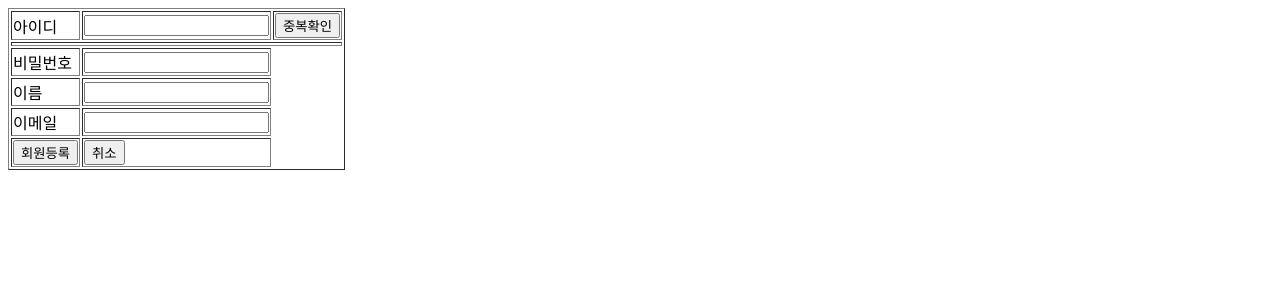
Repository: JungYOsup/Mini_project
Page: http://localhost/EsCape_Room/sign_up_form.jsp
The author's editor kept a copy of each file at every save. The page is drawn from the files as they stood at one save, then again after the next save.
The browser window is 1280 px wide. The pictures show the whole page.
The page is served by Tomcat 9.

Above is the page before, as saved 2018-01-16 05:31:57.

After the next save:
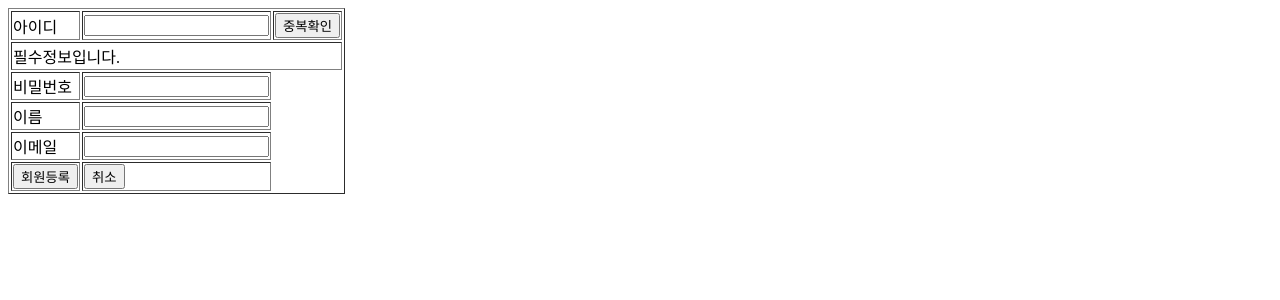
Saved 13 s later.
--- a/EsCape_Room/WebContent/sign_up_form.jsp
+++ b/EsCape_Room/WebContent/sign_up_form.jsp
@@ -72,7 +72,7 @@
  	</tr>
  	<tr class="a">
 
- 		<td colspan="3"></td>
+ 		<td colspan="3">필수정보입니다.</td>
  	</tr>
 
 	<tr>
